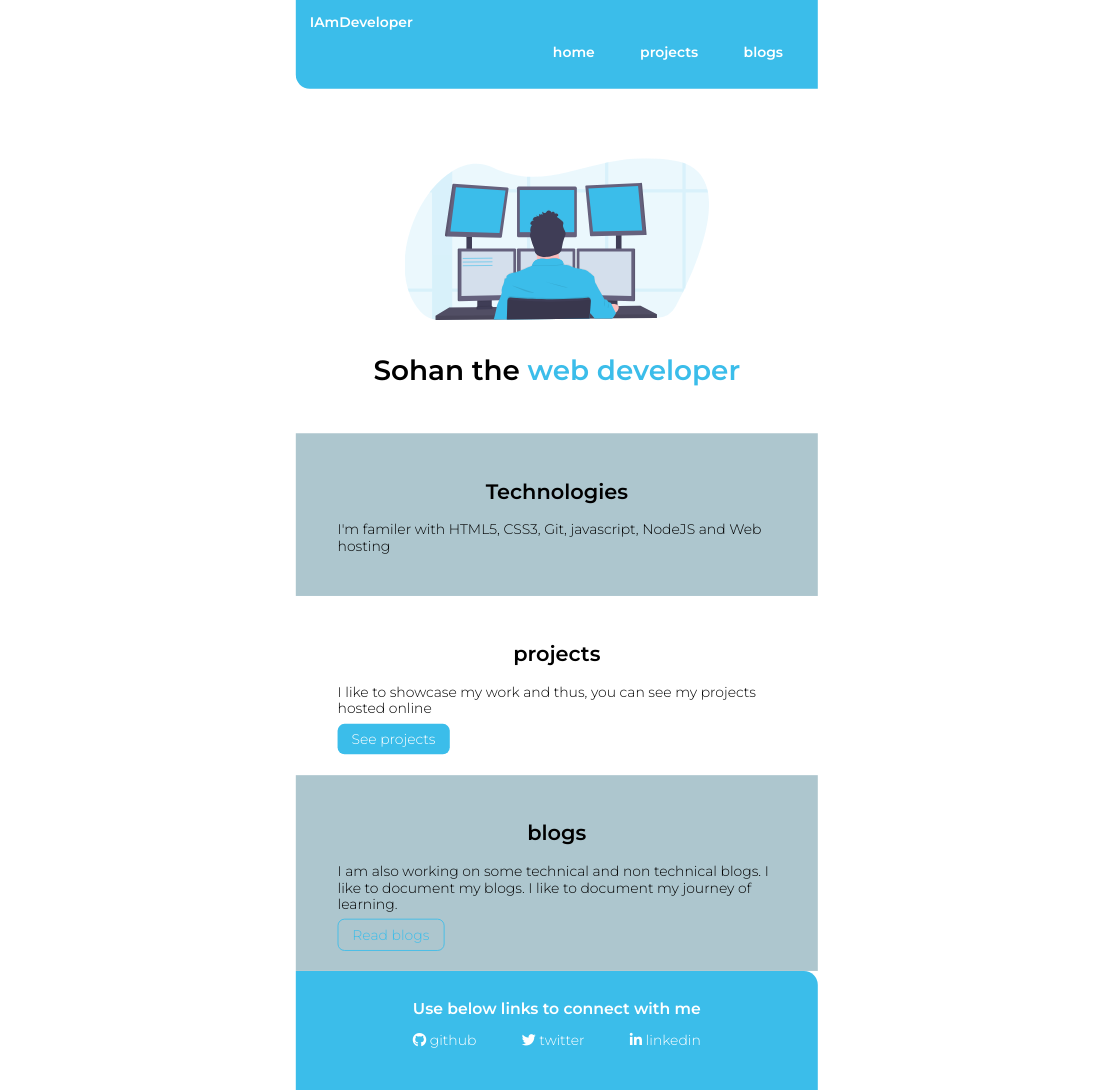
Repository: sohan2503001/Portfolio
Page: index.html
An editor plug-in stored every save of this project. The page is shown before and after the next save, followed by the edit.
The browser window is 1280 px wide. The pictures show the whole page, at 87% of full size.

Above is the page before, as saved 2021-03-28 10:27:52.

### index.html
<!DOCTYPE html>
<html lang="en">

<head>
  <meta charset="UTF-8" />
  <meta name="viewport" content="width=device-width, initial-scale=1.0" />
  <title>home | Sohan Jambhule</title>
  <link rel="stylesheet" href="style.css" />
  <link rel="stylesheet" href="https://cdnjs.cloudflare.com/ajax/libs/font-awesome/5.15.1/css/all.min.css">
  <link rel="icon" href="images/hero.svg" sizes="any" type="image/svg+xml">


</head>

<body>

  <nav class="navigation container">
    <div class="nav-brand">IAmDeveloper</div>
    <ul class="list-non-bullet nav-pills">
      <li class="list-item-inline">
        <a class="link link-active" href="/">home</a>
      </li>
      <li class="list-item-inline">
        <a class="link link-active" href="projects.html">projects</a>
      </li>
      <li class="list-item-inline">
        <a class="link link-active" href="blogs.html">blogs</a>
      </li>
    </ul>
  </nav>

  <header class="hero">
    <img class="hero-img" src="images/hero.svg" alt="" />
    <h1 class="hero-heading">
      Sohan the <span class="heading-inverted"> web developer</span>
    </h1>
  </header>

  <section class="section ow">
    <div class="container container-center">
      <h1>Technologies</h1>
      <p>
        I'm familer with HTML5, CSS3, Git, javascript, NodeJS and Web hosting
      </p>
    </div>
  </section>

  <section class="section">
    <div class="container container-center">
      <h1>projects</h1>
      <p>
        I like to showcase my work and thus, you can see my projects hosted
        online
      </p>
      <a class="link link-primary" href="projects.html">See projects</a>
    </div>
  </section>

  <section class="section ow">
    <div class="container container-center">
      <h1>blogs</h1>
      <p>
        I am also working on some technical and non technical blogs. I like to
        document my blogs. I like to document my journey of learning.
      </p>
      <a class="link link-secondary" href="blogs.html">Read blogs</a>
    </div>
  </section>

  <footer class="footer">
    <div class="footer-header">Use below links to connect with me</div>
    <ul class="social-links list-non-bullet">
      <li class="list-item-inline">
        <a class="link" href="https://github.com/sohan2503001" target="_blank"><i class="fab fa-github" aria-hidden="true"></i>
          github
        </a>
      </li>
      <li class="list-item-inline">
        <a class="link" href="https://twitter.com/JambhuleSohan" target="_blank"><i class="fab fa-twitter"></i>
          twitter
        </a>
      </li>
      <li class="list-item-inline">
        <a class="link" href="https://www.linkedin.com/in/sohan-jambhule-144528198/" target="_blank"><i class="fab fa-linkedin-in"></i>
          linkedin
        </a>
      </li>

    </ul>
  </footer>

</body>

</html>

### style.css
@import url('https://fonts.googleapis.com/css2?family=Montserrat:wght@300;600&display=swap');

:root{
    --primary-color: #3BBDEA;
    --dark-gray: #4B5563;
    --off-white: #adc6ce;
}

body {
    font-family: 'Montserrat', sans-serif;
    margin: auto;
    max-width: 600px;
    width: 100%;
}

hr{
    margin: 2rem 0rem;
}

/** container **/
.container{
    padding: 0rem 1rem;
}

.container-center{
    max-width: 600px;
    margin: auto;
}

/** links **/
.link{
    text-decoration: none;
    padding: 0.5rem 1rem;
    /*margin: 1rem 0rem 1rem 0rem;*/
}

.link-primary{
    background-color: var(--primary-color);
    border-radius: 0.5rem;
    color:white;
}

.link-secondary{
    color: var(--primary-color);
    border-radius: 0.5rem;
    border: 1px solid var(--primary-color);
}

/** lists **/

.list-non-bullet{
    list-style: none;
}

.list-item-inline{
    display: inline;
    padding: 0rem 0.5rem;
}

/** navigation **/

.navigation{
    background-color: var(--primary-color);
    color: white;
    padding: 1rem;
    border-bottom-left-radius: 1rem;
}

.navigation .nav-brand{
    font-weight: bold;
}

.navigation .nav-pills{
    text-align: right;
}

.navigation .link{
    color: white;
}

.navigation .link-active{
    font-weight: bold;
}

/**header **/

.hero{
    padding: 2rem;
    padding-top: 5rem;
}

.hero .hero-img{
    max-width: 350px;
    display: block;
    margin: auto;
}

.hero .hero-heading{
    padding-top: 1rem;
    color: var(--dark-red);
    text-align: center;
}

.hero .hero-heading .heading-inverted{
    color: var(--primary-color)
}

/** section **/
.section{
    padding: 2rem;
}

.section h1{
    text-align: center;
}

.ow {
    background-color: var(--off-white);
}

/**footer **/

.footer{
    background-color: var(--primary-color);
    padding: 2rem 1rem;
    text-align: center;
    color: white;
    border-top-right-radius: 1rem;
}

.footer .link{
    color: white;
}

.footer .footer-header{
    font-weight: bold;
    font-size: large;
}

.footer ul{
    padding-inline-start: 0px;
}

After the next save:
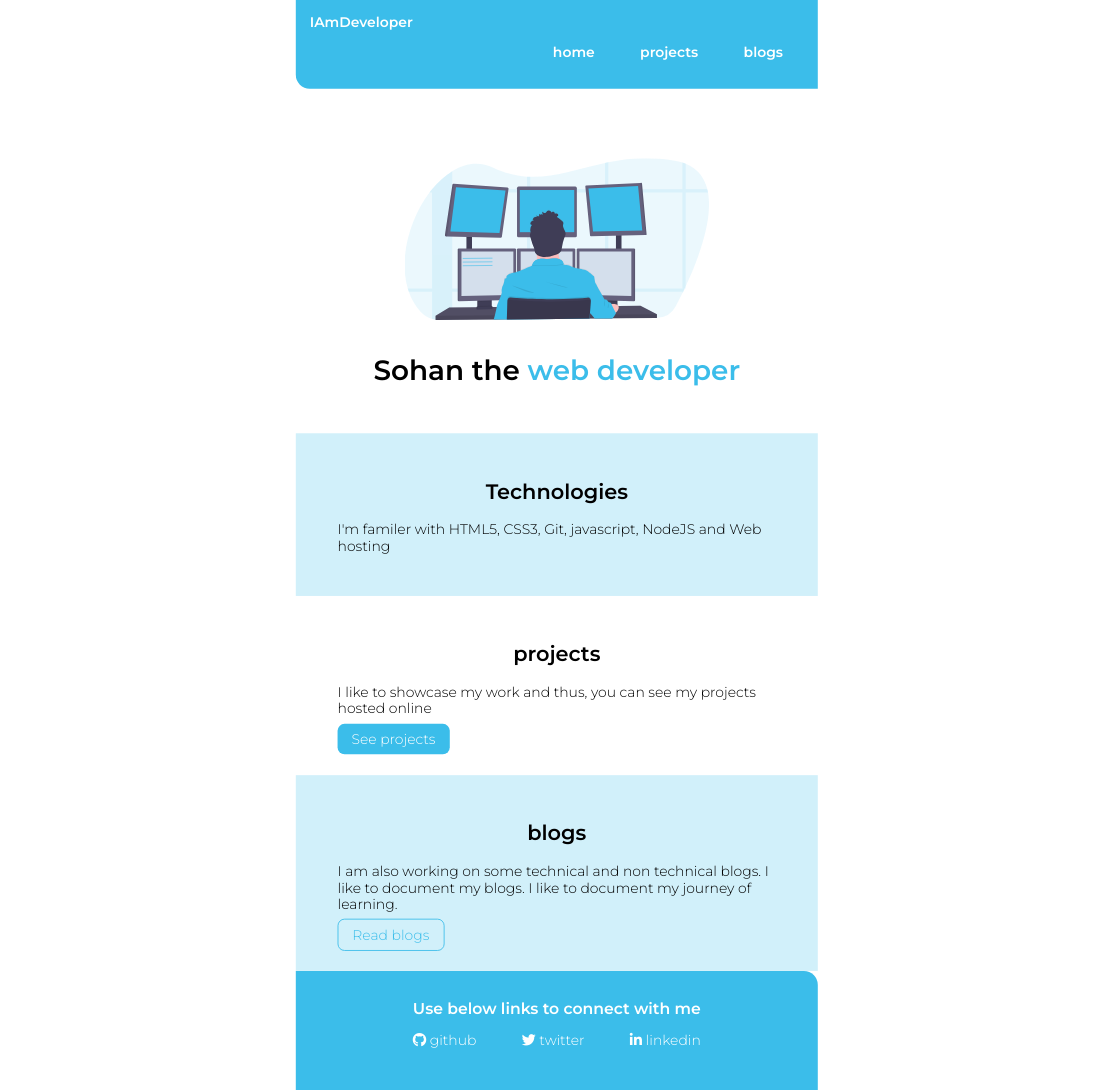
Saved 5 s later.
--- a/style.css
+++ b/style.css
@@ -3,7 +3,7 @@
 :root{
     --primary-color: #3BBDEA;
     --dark-gray: #4B5563;
-    --off-white: #adc6ce;
+    --off-white: #d1f0fa;
 }
 
 body {
